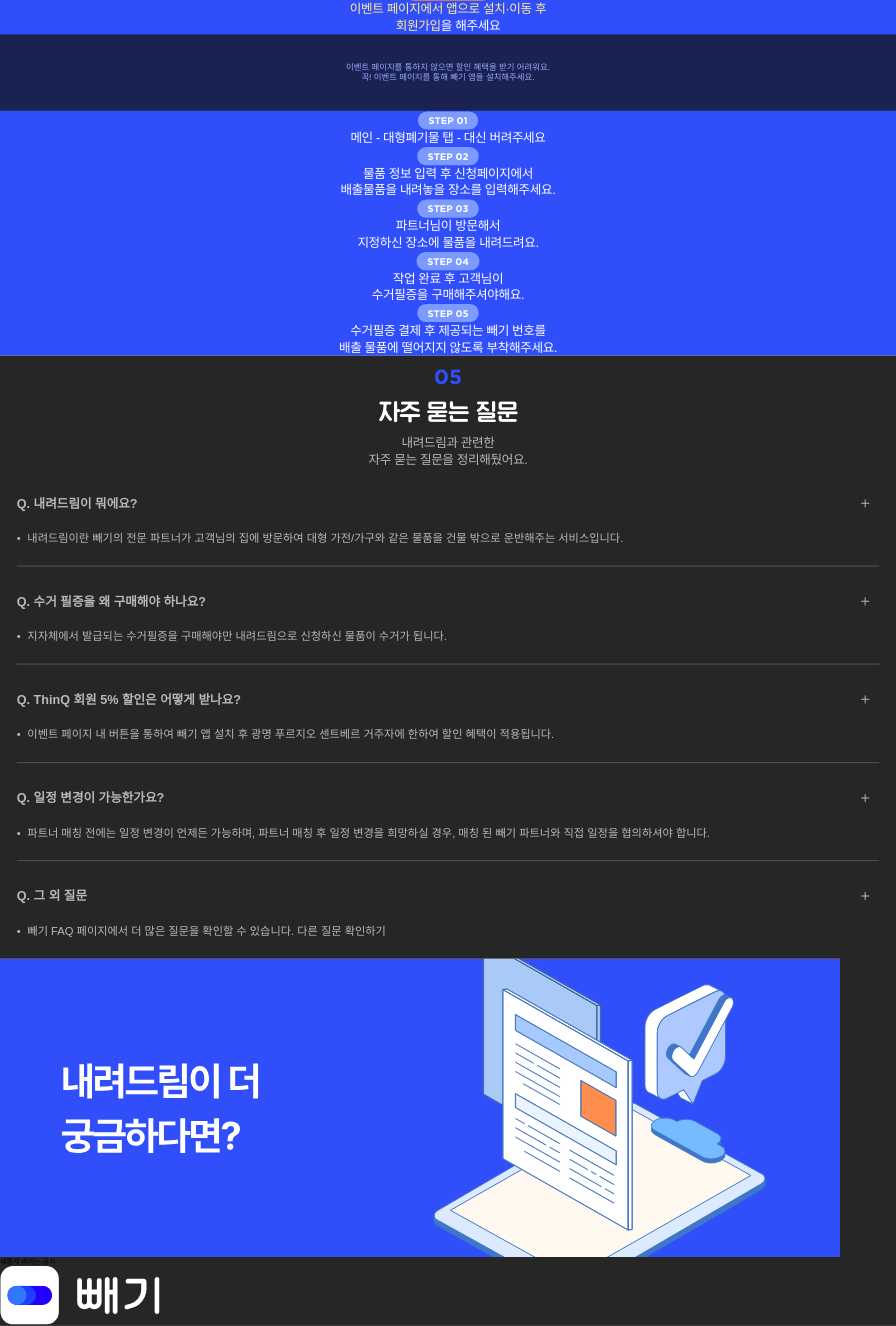
Repository: seraLeeDev/lgthinq-test
Page: index2.html
These files come from the project's save history. The page is drawn as it stood at one moment and after the next save; the edit follows.
The browser window is 1280 px wide. The pictures show the part of the page from y = 4193 to 6113 px (the page is 6087 px tall before and 6113 px after), at 70% of full size.
Some web fonts or font styles are not loaded; a fallback is used.

Above is the page before, as saved 2023-03-14 16:58:55.
Console error: ReferenceError: AOS is not defined

After the next save:
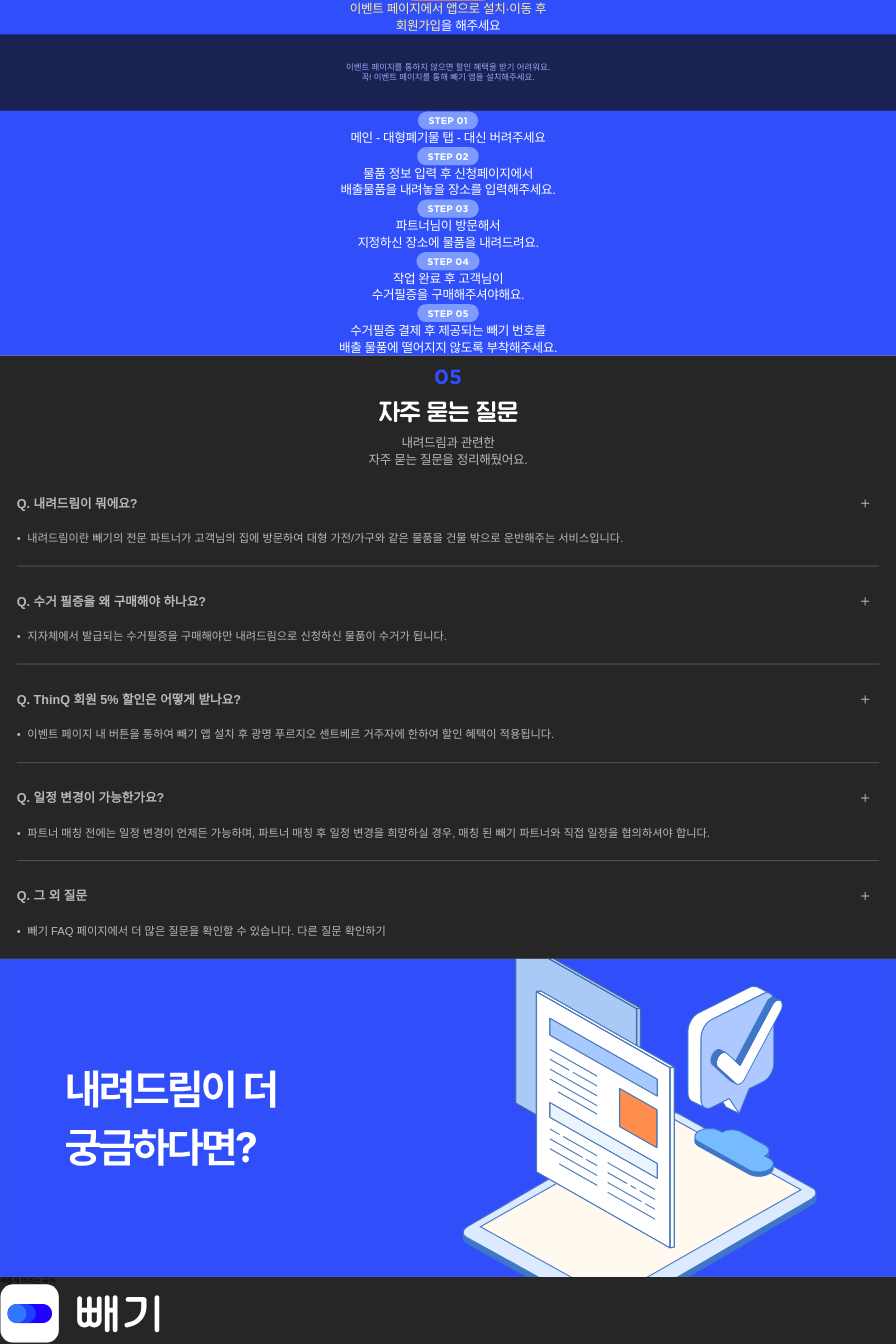
Saved 74 s later.
--- a/index2.html
+++ b/index2.html
@@ -300,7 +300,9 @@
           </ul>
         </section>
         <footer>
-          <img src="/img/banner.svg" alt="내려드림 이동 배너" />
+          <div class="full-img-box">
+            <img src="/img/banner.svg" alt="내려드림 이동 배너" />
+          </div>
           <p>새롭게 버리는 공식</p>
           <img src="/img/bbegi_app_logo.svg" alt="" />
         </footer>
